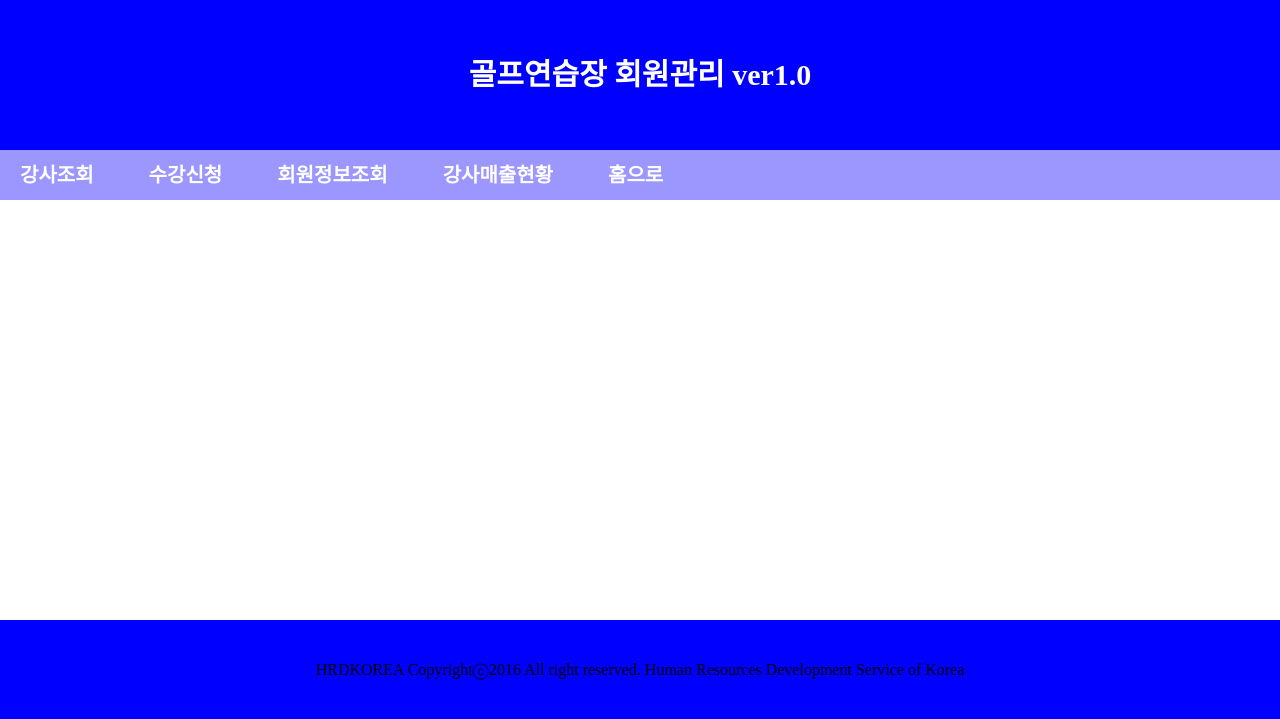
Repository: junhee97/-
Page: http://localhost/HRD_05/
An editor plug-in stored every save of this project. The page is shown before and after the next save, followed by the edit.
The browser window is 1280 px wide. The pictures show the whole page.
The page is served by Tomcat 9.

Above is the page before, as saved 2025-08-19 12:48:23.

After the next save:
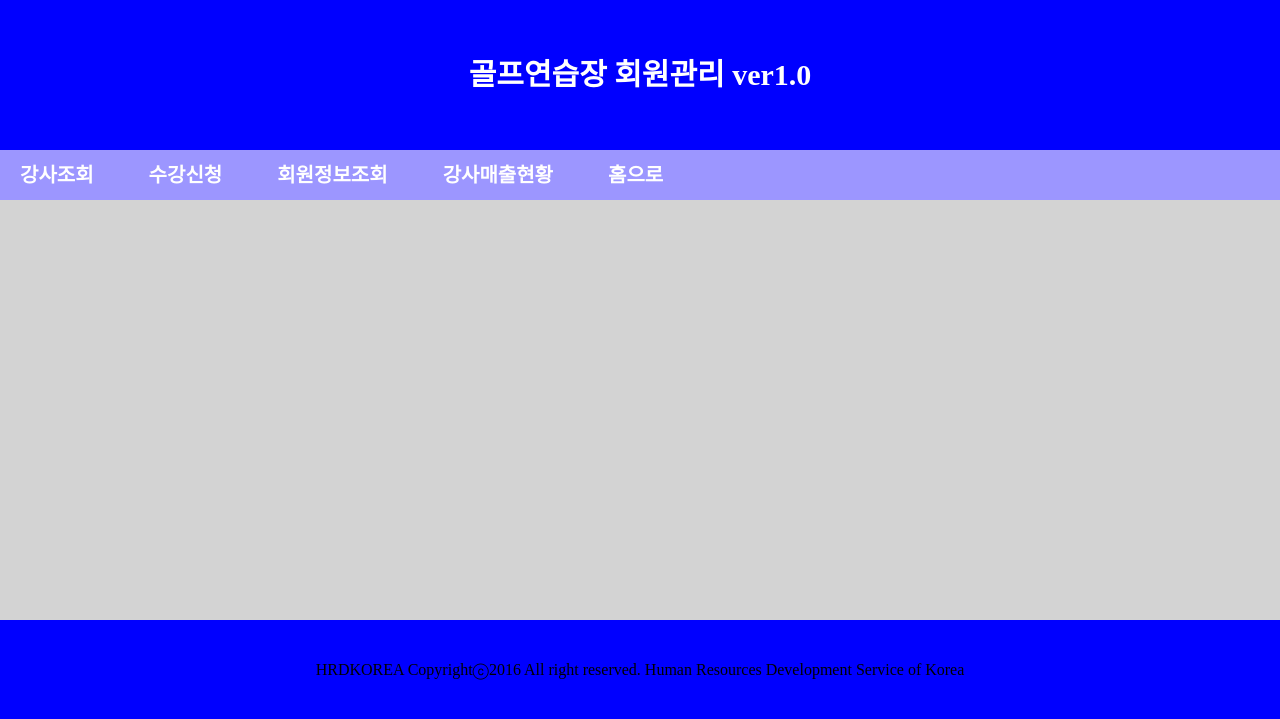
Saved 18 s later.
--- a/HRD_05/WebContent/index.jsp
+++ b/HRD_05/WebContent/index.jsp
@@ -10,7 +10,7 @@
 
 <jsp:include page="header.jsp"></jsp:include>
 
-<section style="position: fixed; top: 200px; left: 0px; width: 100%; height: 100%;">
+<section style="position: fixed; top: 200px; left: 0px; width: 100%; height: 100%; background-color: lightgray;">
 
 </section>
 
